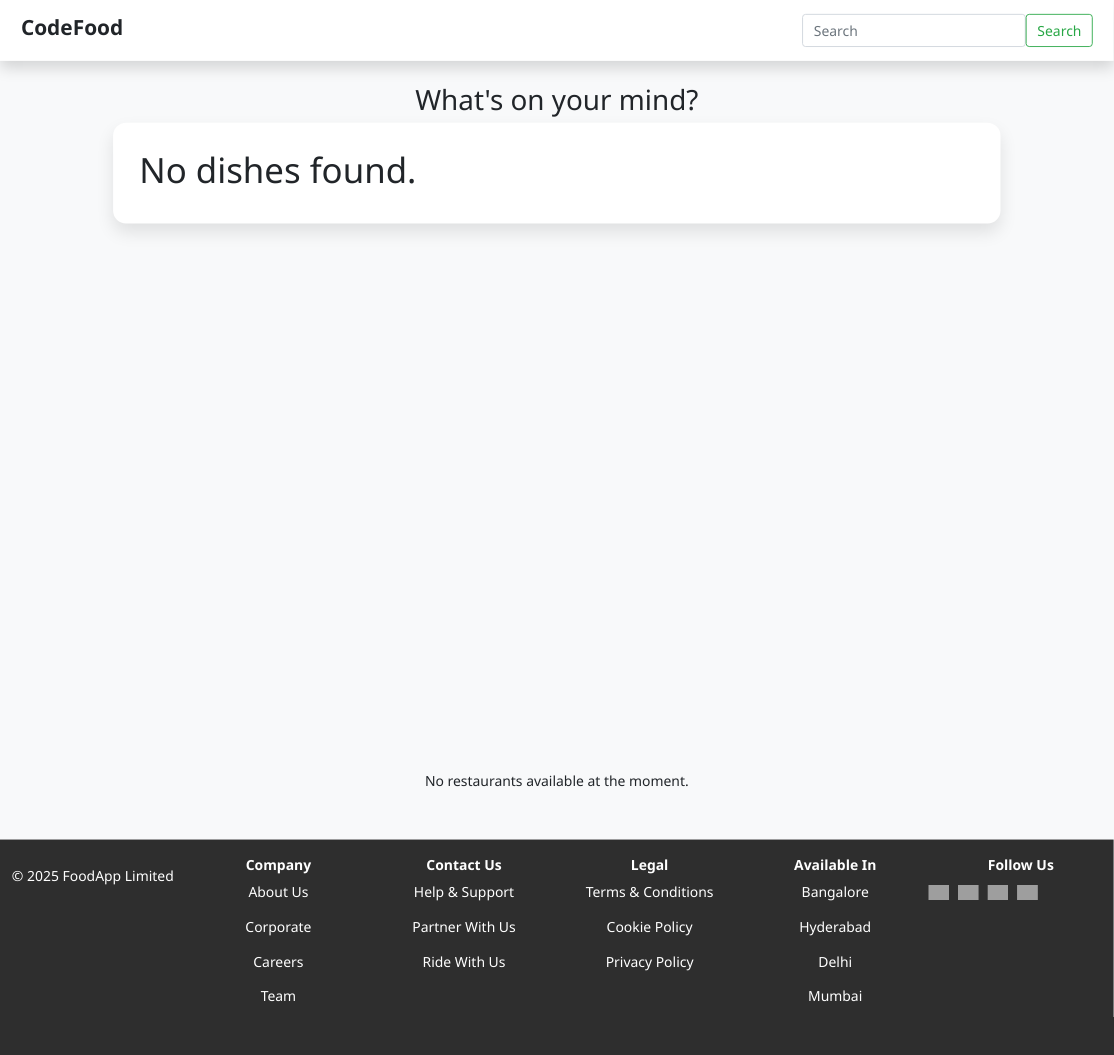
Repository: Rupeswarbhainsa777/Food-Web-App
Page: http://localhost/TapFoodApp/resturent.jsp
An editor plug-in stored every save of this project. The page is shown before and after the next save, followed by the edit.
The browser window is 1280 px wide. The pictures show the whole page, at 87% of full size.
Pictures or frames that could not be fetched are drawn as grey boxes. The page is served by Tomcat 10. Nobody is signed in. The application's start-up code is not run. Other server files are loaded and not shown. Queries for data that is not in the repository find no rows.

Above is the page before, as saved 2025-05-03 13:49:05.

### TapFoodApp/src/main/webapp/resturent.jsp
<%@ page import="java.util.List"%>
<%@ page import="com.tap.modeal.Restaurant"%>
<%@ page import="com.tap.modeal.User"%>
<%@ page import="com.tap.modeal.Dish"%>
<%@ page import="com.tap.Dao.Dishdao"%>
<%@ page import="com.tap.DaoImple.DishDAOImp"%>
<%@ page contentType="text/html;charset=UTF-8" language="java"%>
<%@ page import="com.tap.modeal.Dish" %>
<%
User user = (User) session.getAttribute("user1");
List<Restaurant> restaurants = (List<Restaurant>) session.getAttribute("restaurant");
DishDAOImp dishDAO = new DishDAOImp();
Dish specialDish = dishDAO.getSpecialDish();
List<Dish> menuList = dishDAO.getAllDishes();
%>
<!DOCTYPE html>
<html lang="en">
<head>
<meta charset="UTF-8">
<title>Tap Food - Restaurants</title>
<link rel="stylesheet" href="https://stackpath.bootstrapcdn.com/bootstrap/4.5.2/css/bootstrap.min.css">
<link rel="stylesheet" href="https://cdn.jsdelivr.net/npm/bootstrap-icons@1.5.0/font/bootstrap-icons.css">
<style>
body {
	background-color: #f8f9fa;
	font-family: 'Segoe UI', sans-serif;
}
.navbar {
	background-color: #fc8019;
}
.navbar-brand, .nav-link {
	color: white;
}
.hero {
    display: flex;
    justify-content: space-between;
    align-items: center;
    height: 100vh;
    padding: 50px;
    background-color: #f9f9f9;
    transition: all 0.5s ease-in-out;
}
..hero-text, .hero-image {
    flex: 1;
    transition: transform 0.5s ease, opacity 0.5s ease;
}
.hero-text .special {
	font-weight: bold;
}
.hero-text h1 {
	font-size: 3rem;
	margin: 0.5rem 0;
}
.hero-text button {
	padding: 0.7rem 1.2rem;
	font-size: 1rem;
	background-color: navy;
	color: white;
	border: none;
	cursor: pointer;
}
.hero-image img {
	width: 400px;
	border-radius: 10px;
}
.footer {
	background-color: #2e2e2e;
	color: white;
	padding: 20px 0;
	margin-top: 40px;
	text-align: center;
}
.submit-button {
	background-color: #000000;
	border: none;
	color: white;
	padding: 10px 20px;
	margin-top: 10px;
	cursor: pointer;
	border-radius: 5px;
}
.submit-button:hover {
	background-color: #e57012;
}

/* 🎯 Restaurant card hover effect */
.card {
	border-radius: 12px;
	transition: all 0.3s ease-in-out;
	box-shadow: 0 2px 6px rgba(0, 0, 0, 0.1);
	border: none;
}
.card:hover {
	transform: translateY(-5px);
	box-shadow: 0 10px 25px rgba(255, 77, 77, 0.25),
	            0 0 0 3px rgba(255, 77, 77, 0.1); /* Zomato-like glow */
}

/* Ensure image inside card scales well */
.card img {
	height: 200px;
	object-fit: cover;
	border-top-left-radius: 12px;
	border-top-right-radius: 12px;
}


.swap-left {
    transform: translateX(-100px);
    opacity: 0;
}

.swap-right {
    transform: translateX(100px);
    opacity: 0;
}


        .grid-container {
            display: grid;
            grid-template-columns: repeat(auto-fit, minmax(150px, 1fr));
            gap: 30px;
            padding: 40px;
        }

        .grid-item {

            padding: 20px;
            border-radius: 12px;

            text-align: center;
            transition: transform 0.3s ease;
        }

        .grid-item:hover {
            transform: translateY(-5px);
        }

        .grid-item img {
            width: 100px;
            height: 100px;
            object-fit: cover;
            border-radius: 8px;
            margin-bottom: 10px;
        }

        .item-name {
            font-weight: bold;
            font-size: 16px;
            color: #333;
            margin-top: 8px;
        }
  .heading{
   font-size: 2rem;
      margin-top: 25px;
  display: flex;
      align-items: center;
      justify-content: center;

  }


        .swiper {
            width: 100%;
            height: 100vh;
        }

        .swiper-slide {
            display: flex;
            justify-content: center;
            align-items: center;
        }

      .card {
    display: flex;
    flex-direction: row;
    flex-wrap: wrap;
    background: white;
    border-radius: 15px;
    box-shadow: 0 10px 20px rgba(0,0,0,0.1);
    padding: 30px;
    width: 120vw; /* increased by 20% */
    max-width: 1020px; /* also increased */
    align-items: center;
    justify-content: space-between;
    gap: 30px;
}


        .text {
            flex: 1;
        }

        .text h3 {
            color: green;
            font-size: 18px;
            margin: 0;
        }

        .text h1 {
            font-size: 36px;
            margin: 10px 0;
            color: #14213d;
        }

        .text p {
            font-size: 16px;
            color: #555;
            margin-bottom: 20px;
        }

        .text button {
            padding: 10px 25px;
            background: #14213d;
            color: white;
            border: none;
            border-radius: 25px;
            cursor: pointer;
            transition: background 0.3s ease;
        }

        .text button:hover {
            background: #1a1a2e;
        }

        .image img {
            width: 250px;
            height: auto;
            border-radius: 12px;
            object-fit: cover;
        }

        .swiper-pagination {
            bottom: 15px;
        }

        @media screen and (max-width: 768px) {
            .card {
                flex-direction: column;
                text-align: center;
                padding: 20px;
            }

            .image img {
                width: 200px;
            }
        }
    </style>




</head>
<body>

	<header class="d-flex justify-content-between align-items-center px-4 py-3 shadow bg-white">
		<div class="h4 text-black font-weight-bold" >CodeFood</div>



	 <form class="d-flex" role="search">
      <input class="form-control me-2" type="search" placeholder="Search" aria-label="Search">
      <button class="btn btn-outline-success" type="submit">Search</button>
    </form>

	</header>

<h1 class="heading">What's on your mind?</h1>


 <section>

<div class="swiper">
    <div class="swiper-wrapper">
        <%
            if (menuList != null && !menuList.isEmpty()) {
                for (Dish dish : menuList) {
        %>
        <div class="swiper-slide">
            <div class="card">
                <div class="text">
                    <h3>Special Dish</h3>
                    <h1><%= dish.getName() %></h1>
                    <p><%= dish.getDescription() %></p>
                    <button>Order Now</button>
                </div>
                <div class="image">
                    <img src="<%= dish.getImagePath() %>" alt="<%= dish.getName() %> Image">
                </div>
            </div>
        </div>
        <%
                }
            } else {
        %>
        <div class="swiper-slide">
            <div class="card">
                <h1>No dishes found.</h1>
            </div>
        </div>
        <%
            }
        %>
    </div>
    <!-- Pagination Dots -->
    <div class="swiper-pagination"></div>
</div>


  </section>


	<!-- Restaurant Cards -->
	<div class="container mt-4">
		<div class="row">
			<%
			if (restaurants != null && !restaurants.isEmpty()) {
				for (Restaurant res : restaurants) {
			%>
			<div class="col-md-4 mb-4">
				<div class="card">
					<img src="<%=res.getImagepath()%>" class="card-img-top" alt="<%=res.getName()%>">
					<div class="card-body">
						<h5 class="card-title font-weight-bold"><%=res.getName()%></h5>
						<div class="d-flex justify-content-between mb-2">
							<div>
								<i class="bi bi-star-fill text-warning"></i>
								<%=res.getRating()%>
							</div>
							<div>
								<i class="bi bi-clock"></i>
								<%=res.getEta()%>
							</div>
						</div>
						<p class="mb-1"><%=res.getCuisineType()%></p>
						<p class="text-muted"><%=res.getAddress()%></p>
						<div class="text-center">
							<a href="Menu?restaurantId=<%=res.getRestaurantId()%>">
								<input type="submit" value="View Menu" class="submit-button">
							</a>
						</div>
					</div>
				</div>
			</div>
			<%
				}
			} else {
			%>
			<div class="col-12">
				<p class="text-center">No restaurants available at the moment.</p>
			</div>
			<%
			}
			%>
		</div>
	</div>

	<footer class="footer">




    <div style="display: flex; justify-content: space-between; flex-wrap: wrap;">

        <div style="flex: 1 1 180px; margin-bottom: 20px;">

            <p style="margin-top: 10px;">© 2025 FoodApp Limited</p>
        </div>

        <div style="flex: 1 1 180px; margin-bottom: 20px;">
            <h6 style="font-weight: bold;">Company</h6>
            <p>About Us</p>
            <p>Corporate</p>
            <p>Careers</p>
            <p>Team</p>
        </div>

        <div style="flex: 1 1 180px; margin-bottom: 20px;">
            <h6 style="font-weight: bold;">Contact Us</h6>
            <p>Help & Support</p>
            <p>Partner With Us</p>
            <p>Ride With Us</p>
        </div>

        <div style="flex: 1 1 180px; margin-bottom: 20px;">
            <h6 style="font-weight: bold;">Legal</h6>
            <p>Terms & Conditions</p>
            <p>Cookie Policy</p>
            <p>Privacy Policy</p>
        </div>

        <div style="flex: 1 1 180px; margin-bottom: 20px;">
            <h6 style="font-weight: bold;">Available In</h6>
            <p>Bangalore</p>
            <p>Hyderabad</p>
            <p>Delhi</p>
            <p>Mumbai</p>
        </div>

        <div style="flex: 1 1 180px; margin-bottom: 20px;">
            <h6 style="font-weight: bold;">Follow Us</h6>
            <div style="display: flex; gap: 10px;">
                <a href="#"><img src="https://cdn-icons-png.flaticon.com/512/145/145807.png" width="24" alt="LinkedIn"></a>
                <a href="#"><img src="https://cdn-icons-png.flaticon.com/512/145/145802.png" width="24" alt="Instagram"></a>
                <a href="#"><img src="https://cdn-icons-png.flaticon.com/512/145/145805.png" width="24" alt="Facebook"></a>
                <a href="#"><img src="https://cdn-icons-png.flaticon.com/512/145/145812.png" width="24" alt="Twitter"></a>
            </div>
        </div>

    </div>
</footer>



	<!-- Swiper JS -->
<script src="https://cdn.jsdelivr.net/npm/swiper/swiper-bundle.min.js"></script>
<script>
    const swiper = new Swiper('.swiper', {
        loop: true,
        pagination: {
            el: '.swiper-pagination',
            clickable: true,
        },
        grabCursor: true,
        autoplay: {
            delay: 4000,
            disableOnInteraction: false,
        },
        touchEventsTarget: 'container',
        spaceBetween: 30,
    });
</script>


	<!-- java script -->


</body>
</html>

### TapFoodApp/src/main/java/com/tap/Dao/Dishdao.java
package com.tap.Dao;
import java.util.*;

import com.tap.modeal.Dish;

public interface Dishdao
{
	Dish getSpecialDish();
   List<Dish> getAllDishes();
}

### TapFoodApp/src/main/java/com/tap/DaoImple/DishDAOImp.java
package com.tap.DaoImple;

import java.sql.Connection;
import java.sql.DriverManager;
import java.sql.PreparedStatement;
import java.sql.ResultSet;
import java.sql.SQLException;
import java.sql.Statement;
import java.util.ArrayList;
import java.util.List;

import com.tap.Dao.Dishdao;
import com.tap.modeal.Dish;
import com.tap.modeal.Restaurant;

public class DishDAOImp implements Dishdao {

	private final String url = "jdbc:mysql://localhost:3306/foodapp";
	private final String username = "root";
	private final String password = "@sumit222";
	private final String sql = "SELECT * FROM `dish` WHERE `id` = 1";
	private final String selectAll = "SELECT * FROM `dish`";
    String insertQuery = "INSERT INTO `dish` (`name`, `description`, `imagepath`) VALUES (?, ?, ?)";


	PreparedStatement ps = null;
	ResultSet rs = null;
	Connection con = null;

	public DishDAOImp() {
		try {
			Class.forName("com.mysql.cj.jdbc.Driver");

			con = DriverManager.getConnection(url, username, password);
		} catch (Exception e) {
			// TODO Auto-generated catch block
			e.printStackTrace();
		}

	}

	@Override
	public List<Dish> getAllDishes() {
	    List<Dish> list = new ArrayList<>();


	    try (Statement stmt = con.createStatement();
	         ResultSet rs = stmt.executeQuery(selectAll)) {

	        while (rs.next()) {
	            Dish dish = mapAllDish(rs);
	            if (dish != null) {
	                list.add(dish);
	            }
	        }
	    } catch (SQLException e) {
	        e.printStackTrace();
	    }

	    return list;
	}


	private Dish mapAllDish(ResultSet re) {
	    try {

	        String name = re.getString("name");
	        String des = re.getString("description");
	        String imagePath = re.getString("imagepath");



	        return new Dish(name, des, imagePath);
	    } catch (SQLException e) {
	        e.printStackTrace();
	        return null; // Optional: return null to indicate failure
	    }
	}


	@Override
	public Dish getSpecialDish() {
		Dish dish = null;

		try {
			ps = con.prepareStatement(sql);
			rs = ps.executeQuery();

			if (rs.next()) {
				dish = new Dish();
				dish.setId(rs.getInt("id"));
				dish.setName(rs.getString("name"));
				dish.setDescription(rs.getString("description"));
				dish.setImagePath(rs.getString("imagepath"));

			}

		} catch (Exception e) {

		}

		return dish;
	}
	public boolean addDish(Dish dish) {

	    try (
	    PreparedStatement ps = con.prepareStatement(insertQuery)) {
	        ps.setString(1, dish.getName());
	        ps.setString(2, dish.getDescription());
	        ps.setString(3, dish.getImagePath());


	        int rows = ps.executeUpdate();
	        return rows > 0;
	    } catch (SQLException e) {
	        e.printStackTrace();
	        return false;
	    }
	}

}

After the next save:
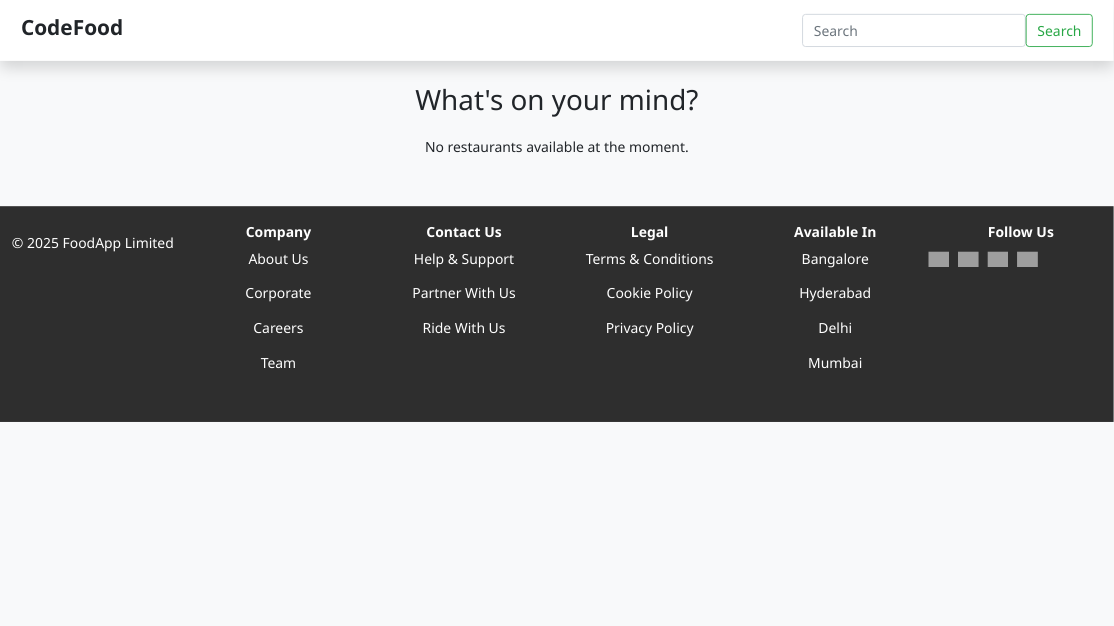
Saved 34 s later.
--- a/TapFoodApp/src/main/webapp/resturent.jsp
+++ b/TapFoodApp/src/main/webapp/resturent.jsp
@@ -11,7 +11,6 @@ User user = (User) session.getAttribute("user1");
 List<Restaurant> restaurants = (List<Restaurant>) session.getAttribute("restaurant");
 DishDAOImp dishDAO = new DishDAOImp();
 Dish specialDish = dishDAO.getSpecialDish();
-List<Dish> menuList = dishDAO.getAllDishes();
 %>
 <!DOCTYPE html>
 <html lang="en">
@@ -158,95 +157,7 @@ body {
       justify-content: center;
 
   }
-
-
-        .swiper {
-            width: 100%;
-            height: 100vh;
-        }
-
-        .swiper-slide {
-            display: flex;
-            justify-content: center;
-            align-items: center;
-        }
-
-      .card {
-    display: flex;
-    flex-direction: row;
-    flex-wrap: wrap;
-    background: white;
-    border-radius: 15px;
-    box-shadow: 0 10px 20px rgba(0,0,0,0.1);
-    padding: 30px;
-    width: 120vw; /* increased by 20% */
-    max-width: 1020px; /* also increased */
-    align-items: center;
-    justify-content: space-between;
-    gap: 30px;
-}
-
-
-        .text {
-            flex: 1;
-        }
-
-        .text h3 {
-            color: green;
-            font-size: 18px;
-            margin: 0;
-        }
-
-        .text h1 {
-            font-size: 36px;
-            margin: 10px 0;
-            color: #14213d;
-        }
-
-        .text p {
-            font-size: 16px;
-            color: #555;
-            margin-bottom: 20px;
-        }
-
-        .text button {
-            padding: 10px 25px;
-            background: #14213d;
-            color: white;
-            border: none;
-            border-radius: 25px;
-            cursor: pointer;
-            transition: background 0.3s ease;
-        }
-
-        .text button:hover {
-            background: #1a1a2e;
-        }
-
-        .image img {
-            width: 250px;
-            height: auto;
-            border-radius: 12px;
-            object-fit: cover;
-        }
-
-        .swiper-pagination {
-            bottom: 15px;
-        }
-
-        @media screen and (max-width: 768px) {
-            .card {
-                flex-direction: column;
-                text-align: center;
-                padding: 20px;
-            }
-
-            .image img {
-                width: 200px;
-            }
-        }
-    </style>
-
+</style>
 
 
 
@@ -269,44 +180,6 @@ body {
 
 
  <section>
-
-<div class="swiper">
-    <div class="swiper-wrapper">
-        <%
-            if (menuList != null && !menuList.isEmpty()) {
-                for (Dish dish : menuList) {
-        %>
-        <div class="swiper-slide">
-            <div class="card">
-                <div class="text">
-                    <h3>Special Dish</h3>
-                    <h1><%= dish.getName() %></h1>
-                    <p><%= dish.getDescription() %></p>
-                    <button>Order Now</button>
-                </div>
-                <div class="image">
-                    <img src="<%= dish.getImagePath() %>" alt="<%= dish.getName() %> Image">
-                </div>
-            </div>
-        </div>
-        <%
-                }
-            } else {
-        %>
-        <div class="swiper-slide">
-            <div class="card">
-                <h1>No dishes found.</h1>
-            </div>
-        </div>
-        <%
-            }
-        %>
-    </div>
-    <!-- Pagination Dots -->
-    <div class="swiper-pagination"></div>
-</div>
-
-
   </section>
 
 
@@ -412,24 +285,7 @@ body {
 
 
 
-	<!-- Swiper JS -->
-<script src="https://cdn.jsdelivr.net/npm/swiper/swiper-bundle.min.js"></script>
-<script>
-    const swiper = new Swiper('.swiper', {
-        loop: true,
-        pagination: {
-            el: '.swiper-pagination',
-            clickable: true,
-        },
-        grabCursor: true,
-        autoplay: {
-            delay: 4000,
-            disableOnInteraction: false,
-        },
-        touchEventsTarget: 'container',
-        spaceBetween: 30,
-    });
-</script>
+
 
 
 	<!-- java script -->
